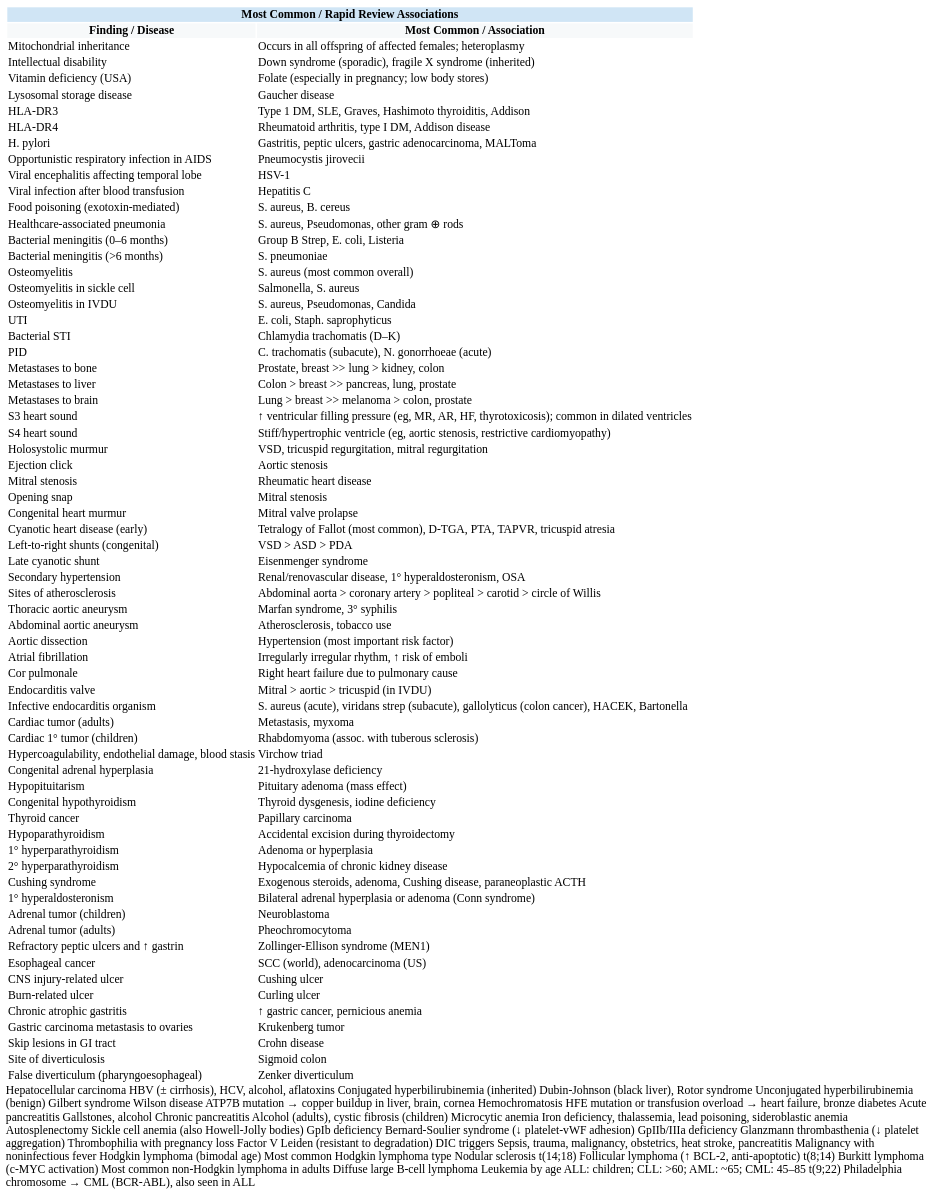
Repository: sharperdragon/STEVEL-1-Summaries
Page: subdex/rapid_review_associations.html
An editor plug-in stored every save of this project. The page is shown before and after the next save, followed by the edit.
The browser window is 1280 px wide. The pictures show the whole page, at 73% of full size.

Above is the page before, as saved 2025-05-20 23:20:03.

After the next save:
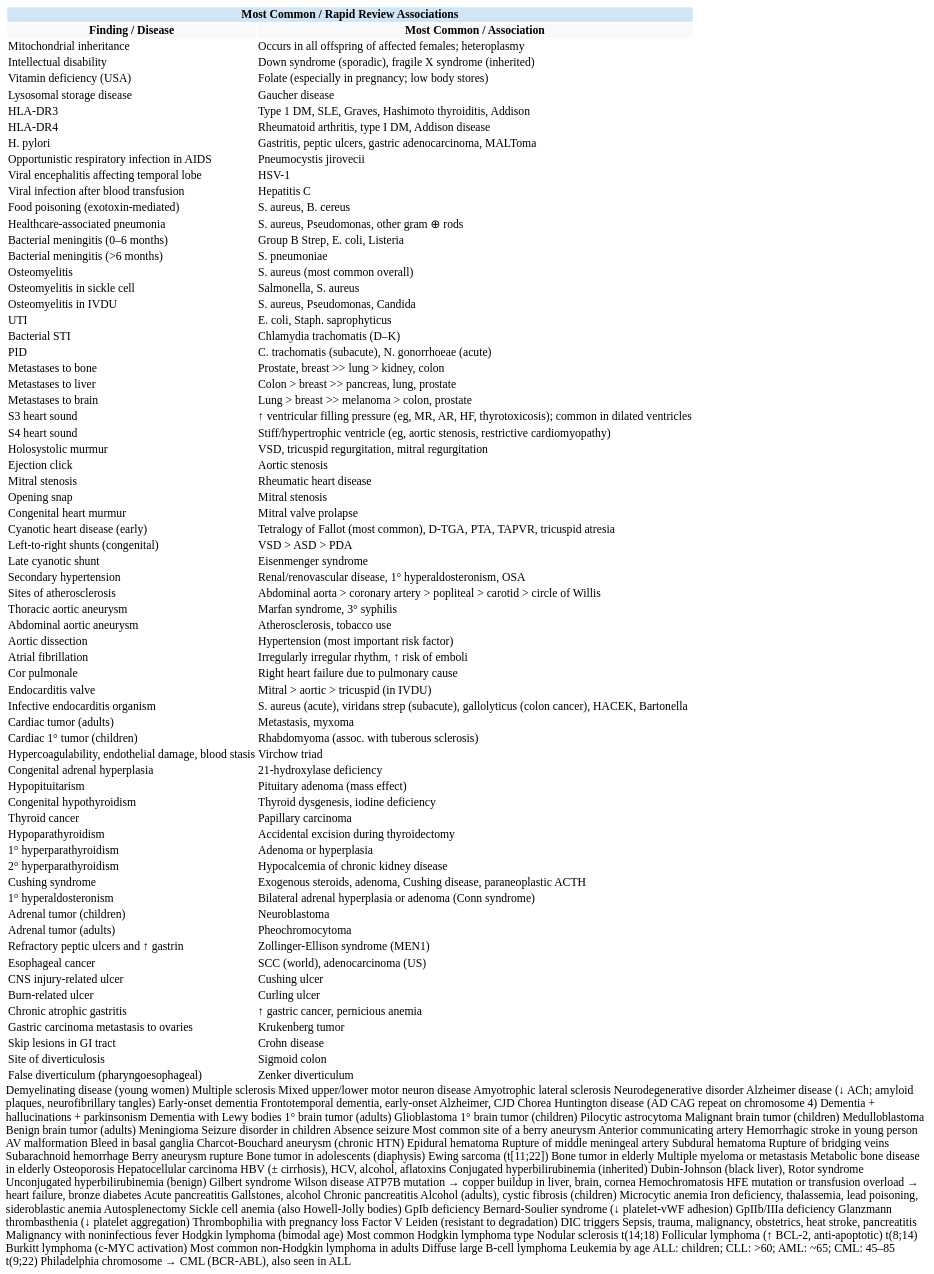
Saved 36 s later.
--- a/subdex/rapid_review_associations.html
+++ b/subdex/rapid_review_associations.html
@@ -276,6 +276,86 @@
   </table>
 </div>
 <tr>
+  <td>Demyelinating disease (young women)</td>
+  <td>Multiple sclerosis</td>
+</tr>
+<tr>
+  <td>Mixed upper/lower motor neuron disease</td>
+  <td>Amyotrophic lateral sclerosis</td>
+</tr>
+<tr>
+  <td>Neurodegenerative disorder</td>
+  <td>Alzheimer disease (↓ ACh; amyloid plaques, neurofibrillary tangles)</td>
+</tr>
+<tr>
+  <td>Early-onset dementia</td>
+  <td>Frontotemporal dementia, early-onset Alzheimer, CJD</td>
+</tr>
+<tr>
+  <td>Chorea</td>
+  <td>Huntington disease (AD CAG repeat on chromosome 4)</td>
+</tr>
+<tr>
+  <td>Dementia + hallucinations + parkinsonism</td>
+  <td>Dementia with Lewy bodies</td>
+</tr>
+<tr>
+  <td>1° brain tumor (adults)</td>
+  <td>Glioblastoma</td>
+</tr>
+<tr>
+  <td>1° brain tumor (children)</td>
+  <td>Pilocytic astrocytoma</td>
+</tr>
+<tr>
+  <td>Malignant brain tumor (children)</td>
+  <td>Medulloblastoma</td>
+</tr>
+<tr>
+  <td>Benign brain tumor (adults)</td>
+  <td>Meningioma</td>
+</tr>
+<tr>
+  <td>Seizure disorder in children</td>
+  <td>Absence seizure</td>
+</tr>
+<tr>
+  <td>Most common site of a berry aneurysm</td>
+  <td>Anterior communicating artery</td>
+</tr>
+<tr>
+  <td>Hemorrhagic stroke in young person</td>
+  <td>AV malformation</td>
+</tr>
+<tr>
+  <td>Bleed in basal ganglia</td>
+  <td>Charcot-Bouchard aneurysm (chronic HTN)</td>
+</tr>
+<tr>
+  <td>Epidural hematoma</td>
+  <td>Rupture of middle meningeal artery</td>
+</tr>
+<tr>
+  <td>Subdural hematoma</td>
+  <td>Rupture of bridging veins</td>
+</tr>
+<tr>
+  <td>Subarachnoid hemorrhage</td>
+  <td>Berry aneurysm rupture</td>
+</tr>
+<tr>
+  <td>Bone tumor in adolescents (diaphysis)</td>
+  <td>Ewing sarcoma (t[11;22])</td>
+</tr>
+<tr>
+  <td>Bone tumor in elderly</td>
+  <td>Multiple myeloma or metastasis</td>
+</tr>
+<tr>
+  <td>Metabolic bone disease in elderly</td>
+  <td>Osteoporosis</td>
+</tr>
+<tr>
   <td>Hepatocellular carcinoma</td>
   <td>HBV (± cirrhosis), HCV, alcohol, aflatoxins</td>
 </tr>
